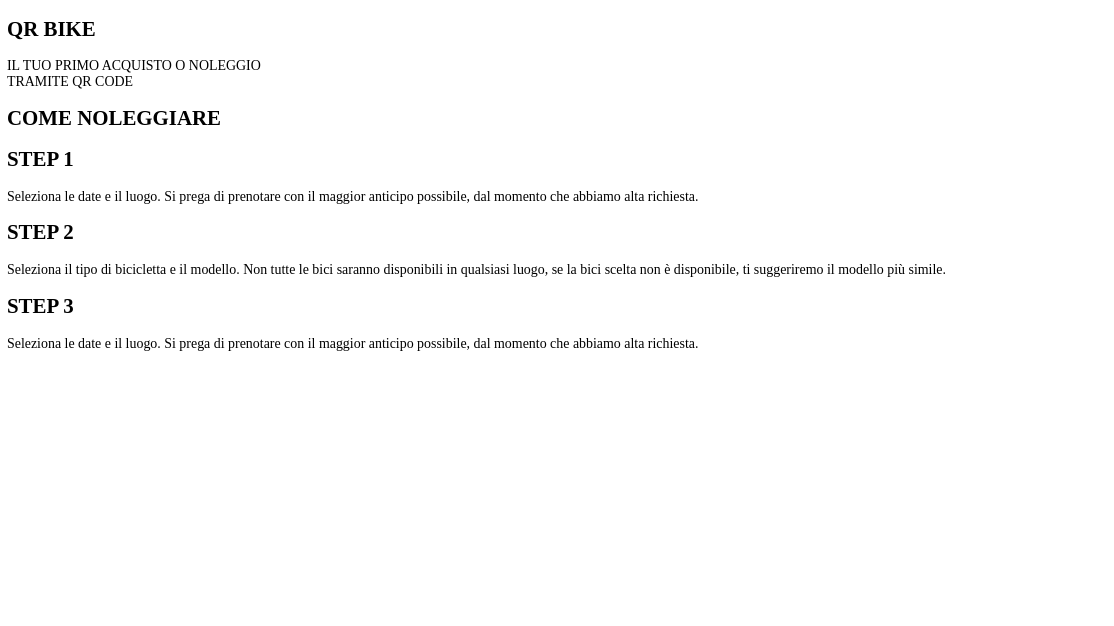
Repository: andrealepori/qrbike
Page: noleggio.html
These files come from the project's save history. The page is drawn as it stood at one moment and after the next save; the edit follows.
The browser window is 1280 px wide. The pictures show the whole page, at 87% of full size.

Above is the page before, as saved 2020-09-18 09:08:47.

### noleggio.html
<!DOCTYPE html>
<html lang="en">
<head>
    <meta charset="UTF-8">
    <meta name="viewport" content="width=device-width, initial-scale=1.0">
    <title>Home - QR BIKE</title>


	<link type="text/css" rel="stylesheet" href="css/style.css" />

	<link type="text/css" rel="stylesheet" href="css/calendario.css" />

</head>
<body>



  <section id="hero1" class="hero">





    <div class="inner">

      <h1 class="yellowtitle"> QR BIKE</h1>
      <p class="subtitle">IL TUO PRIMO ACQUISTO O NOLEGGIO <br> TRAMITE QR CODE</p>
      </div>

  </section>




<section>

      <h1 class="titolo">COME NOLEGGIARE </h1>

    </div>
    </div>
  </section>



  <div class="support-grid"></div>

  <section class="grid-1">
    <div class="item-1">
      <h1 class="step"><bold>STEP 1</bold> </h1>


      <p class="nero">
        Seleziona le date e il luogo.
        Si prega di prenotare con il maggior anticipo possibile,
         dal momento che abbiamo alta richiesta. </p>
    </div>
    <div class="item-2">

      <h1 class="step"><bold>STEP 2</bold> </h1>


      <p class="nero">
        Seleziona il tipo di bicicletta e il modello.
         Non tutte le bici saranno disponibili in qualsiasi luogo, se la bici scelta non è disponibile,
        ti suggeriremo il modello più simile.
        </p>


    </div>
    <div class="item-3">


      <h1 class="step"><bold>STEP 3
      </bold> </h1>


      <p class="nero">
        Seleziona le date e il luogo.
        Si prega di prenotare con il maggior anticipo possibile,
                dal momento che abbiamo alta richiesta.

        </p>


    </div>






















</body>

<script src="js/calendario.js"></script>


</html>

Loaded but not shown: style.css (no stored copy; drawn as an empty file); css/calendario.css (no stored copy; drawn as an empty file); js/calendario.js (no stored copy; drawn as an empty file)

After the next save:
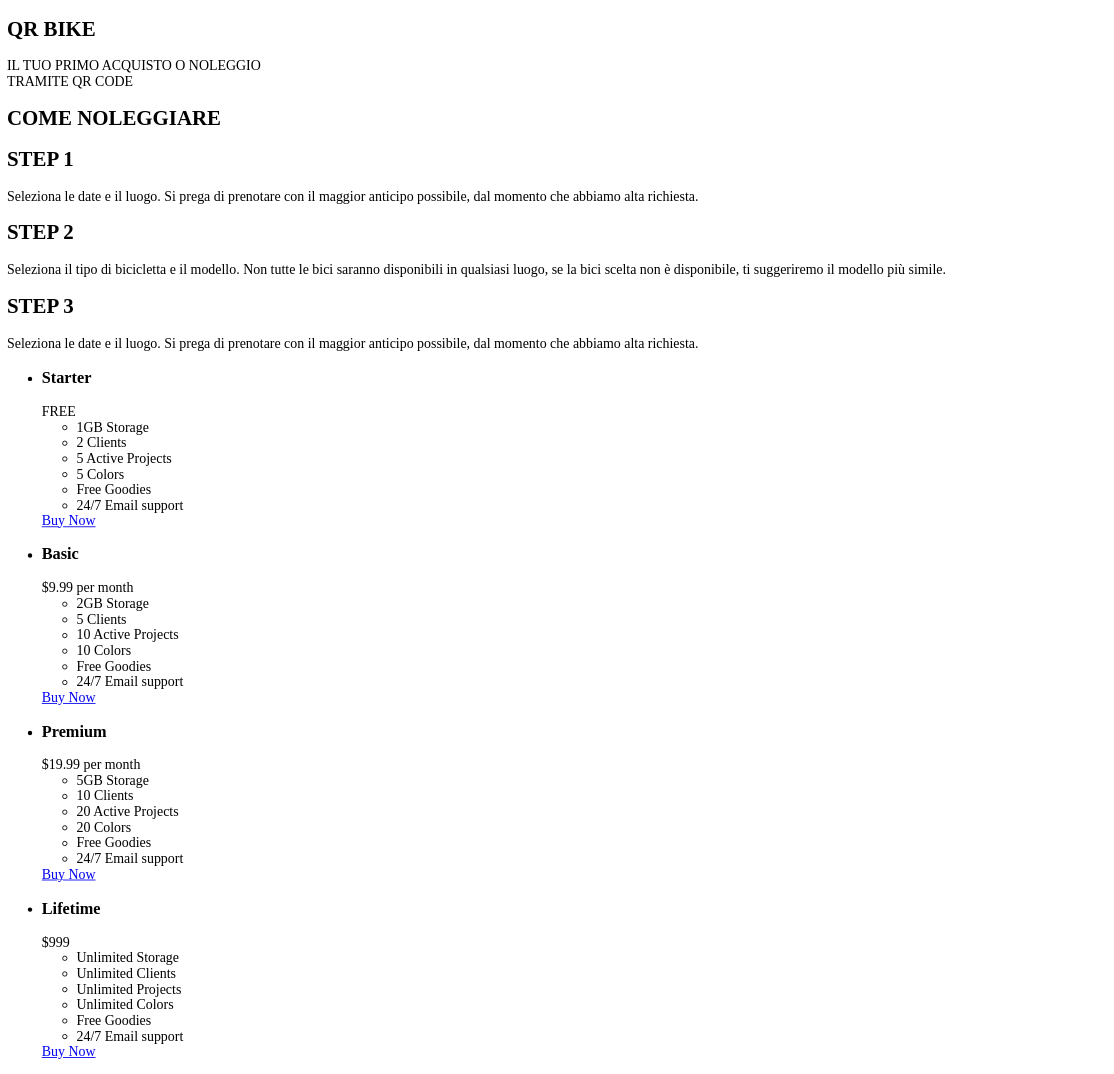
Saved 2 min 55 s later.
--- a/noleggio.html
+++ b/noleggio.html
@@ -84,7 +84,86 @@
 
     </div>
 
-
+    <ul class="pricing_table">
+      <li class="price_block">
+        <h3>Starter</h3>
+        <div class="price">
+          <div class="price_figure">
+            <span class="price_number">FREE</span>
+          </div>
+        </div>
+        <ul class="features">
+          <li>1GB Storage</li>
+          <li>2 Clients</li>
+          <li>5 Active Projects</li>
+          <li>5 Colors</li>
+          <li>Free Goodies</li>
+          <li>24/7 Email support</li>
+        </ul>
+        <div class="footer">
+          <a href="#" class="action_button">Buy Now</a>
+        </div>
+      </li>
+      <li class="price_block">
+        <h3>Basic</h3>
+        <div class="price">
+          <div class="price_figure">
+            <span class="price_number">$9.99</span>
+            <span class="price_tenure">per month</span>
+          </div>
+        </div>
+        <ul class="features">
+          <li>2GB Storage</li>
+          <li>5 Clients</li>
+          <li>10 Active Projects</li>
+          <li>10 Colors</li>
+          <li>Free Goodies</li>
+          <li>24/7 Email support</li>
+        </ul>
+        <div class="footer">
+          <a href="#" class="action_button">Buy Now</a>
+        </div>
+      </li>
+      <li class="price_block">
+        <h3>Premium</h3>
+        <div class="price">
+          <div class="price_figure">
+            <span class="price_number">$19.99</span>
+            <span class="price_tenure">per month</span>
+          </div>
+        </div>
+        <ul class="features">
+          <li>5GB Storage</li>
+          <li>10 Clients</li>
+          <li>20 Active Projects</li>
+          <li>20 Colors</li>
+          <li>Free Goodies</li>
+          <li>24/7 Email support</li>
+        </ul>
+        <div class="footer">
+          <a href="#" class="action_button">Buy Now</a>
+        </div>
+      </li>
+      <li class="price_block">
+        <h3>Lifetime</h3>
+        <div class="price">
+          <div class="price_figure">
+            <span class="price_number">$999</span>
+          </div>
+        </div>
+        <ul class="features">
+          <li>Unlimited Storage</li>
+          <li>Unlimited Clients</li>
+          <li>Unlimited Projects</li>
+          <li>Unlimited Colors</li>
+          <li>Free Goodies</li>
+          <li>24/7 Email support</li>
+        </ul>
+        <div class="footer">
+          <a href="#" class="action_button">Buy Now</a>
+        </div>
+      </li>
+    </ul>
 
 
 
